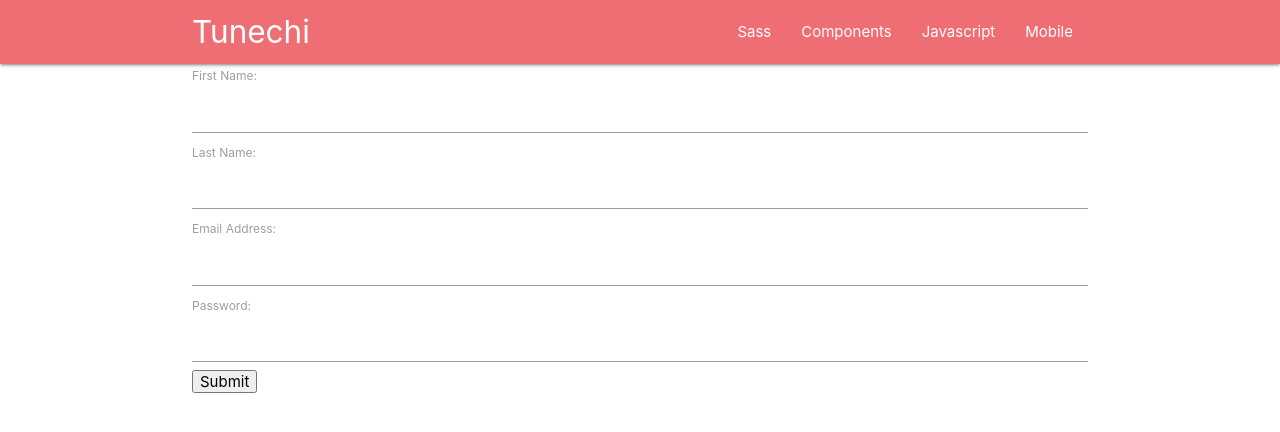
Repository: lamilekan263/contactKeep
Page: index.html
These files come from the project's save history. The page is drawn as it stood at one moment and after the next save; the edit follows.
The browser window is 1280 px wide. The pictures show the whole page.

Above is the page before, as saved 2020-09-12 08:48:23.

After the next save:
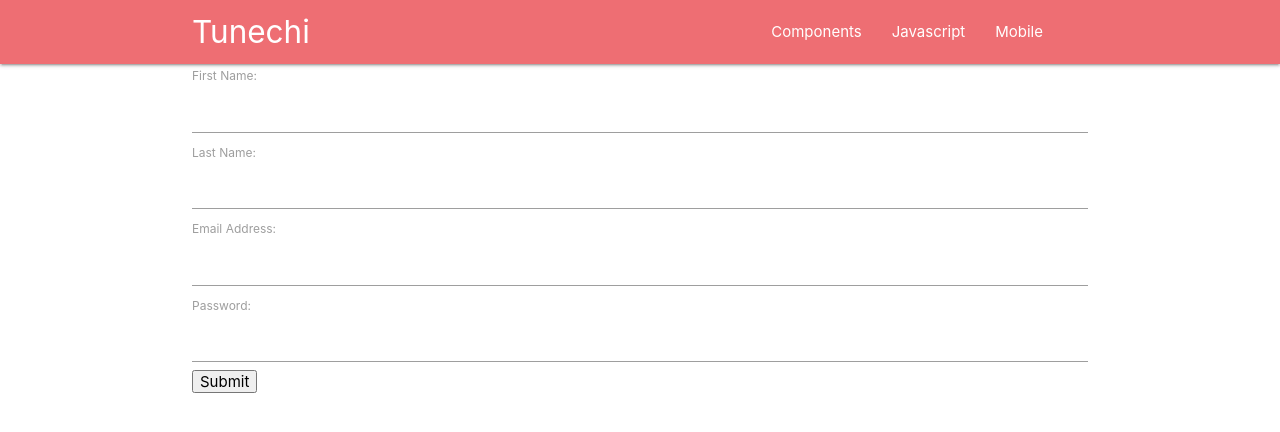
Saved 17 s later.
--- a/index.html
+++ b/index.html
@@ -15,7 +15,7 @@
         <a href="#!" class="brand-logo">Tunechi</a>
         <a href="#" data-target="mobile-demo" class="sidenav-trigger"><i class="material-icons">menu</i></a>
         <ul class="right hide-on-med-and-down">
-            <li><a href="sass.html">Sass</a></li>
+            <li><a href="sass.html"></a></li>
             <li><a href="badges.html">Components</a></li>
             <li><a href="collapsible.html">Javascript</a></li>
             <li><a href="mobile.html">Mobile</a></li>
